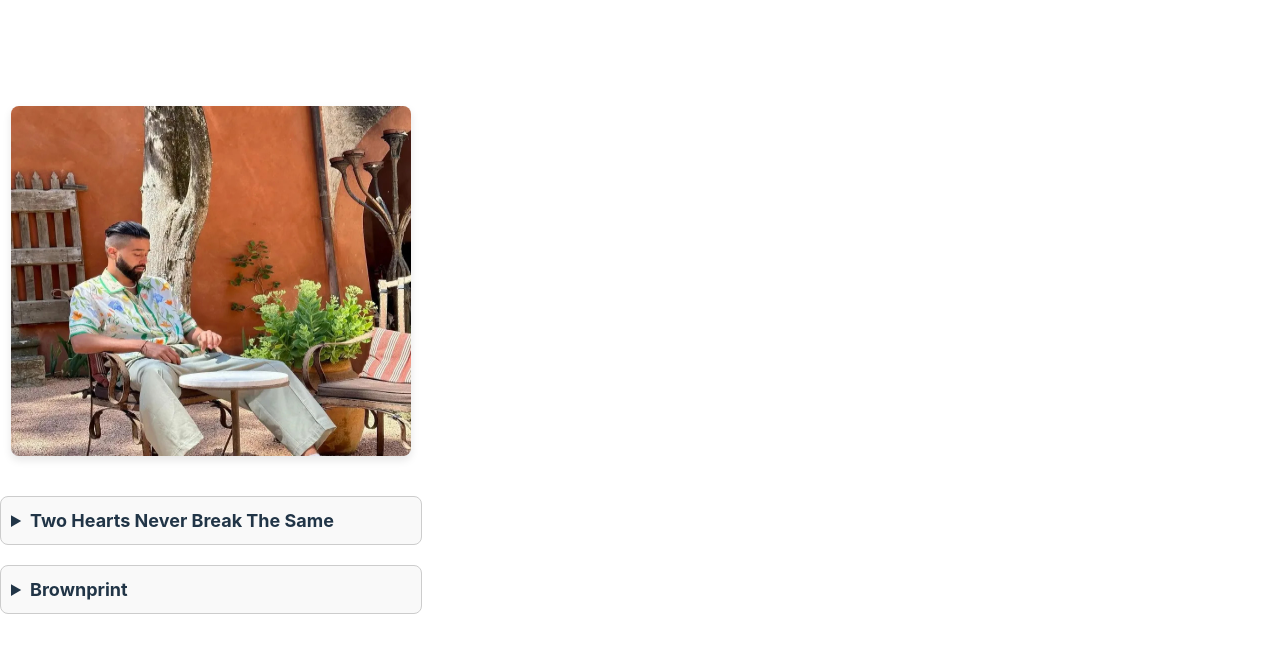
Repository: GavinPahal/my_app
Page: / (app in react/)
These files come from the project's save history. The page is drawn as it stood at one moment and after the next save; the edit follows.
The browser window is 1280 px wide. The pictures show the whole page.
The project was rebuilt for these pictures with package versions that can differ from the ones it lists, and the page was loaded fresh each time. Also part of the build but not shown: react/vite.config.js.

Above is the page before, as saved 2024-09-14 11:48:06.

After the next save:
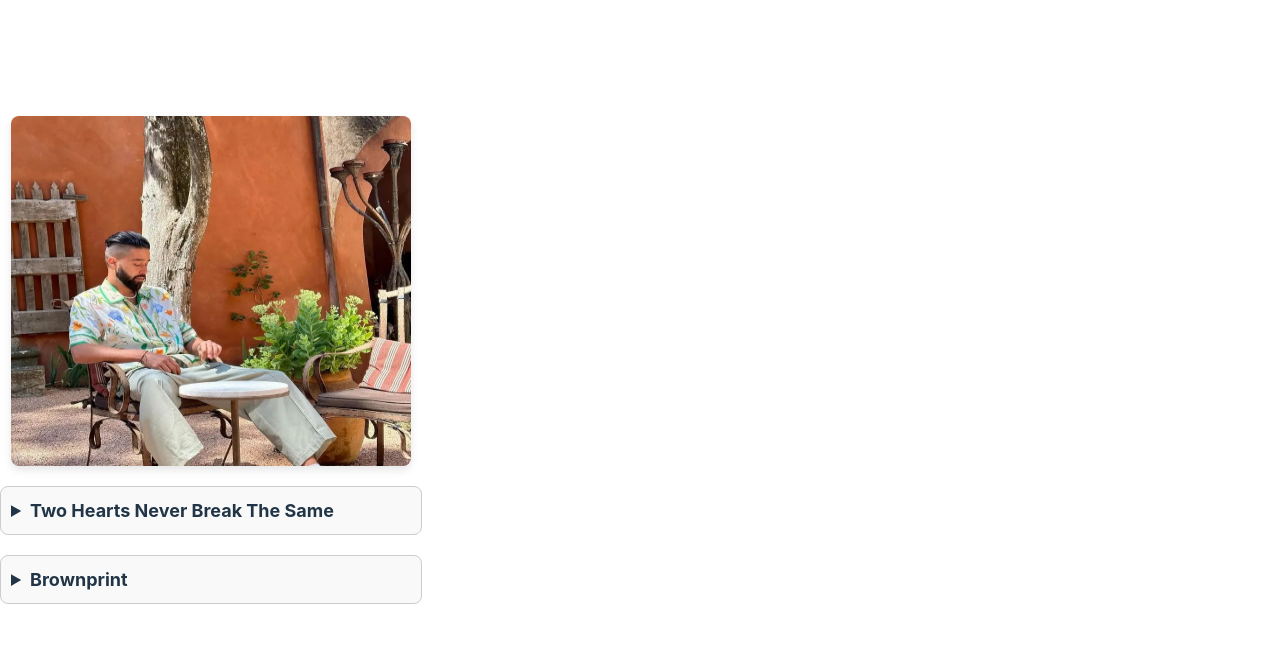
Saved 2 min 50 s later.
--- a/react/src/App.jsx
+++ b/react/src/App.jsx
@@ -6,7 +6,6 @@
   return (
     <div className="container">
       <img src={ap} alt="Vite logo" width={400} height={350}/>
-      <div className="album">
         <details name="reqs">
           <summary>Two Hearts Never Break The Same</summary>
           <ol>
@@ -32,7 +31,7 @@
           </ol>
         </details>
       </div>
-    </div>
+
   )
 }
 

After the save that followed:
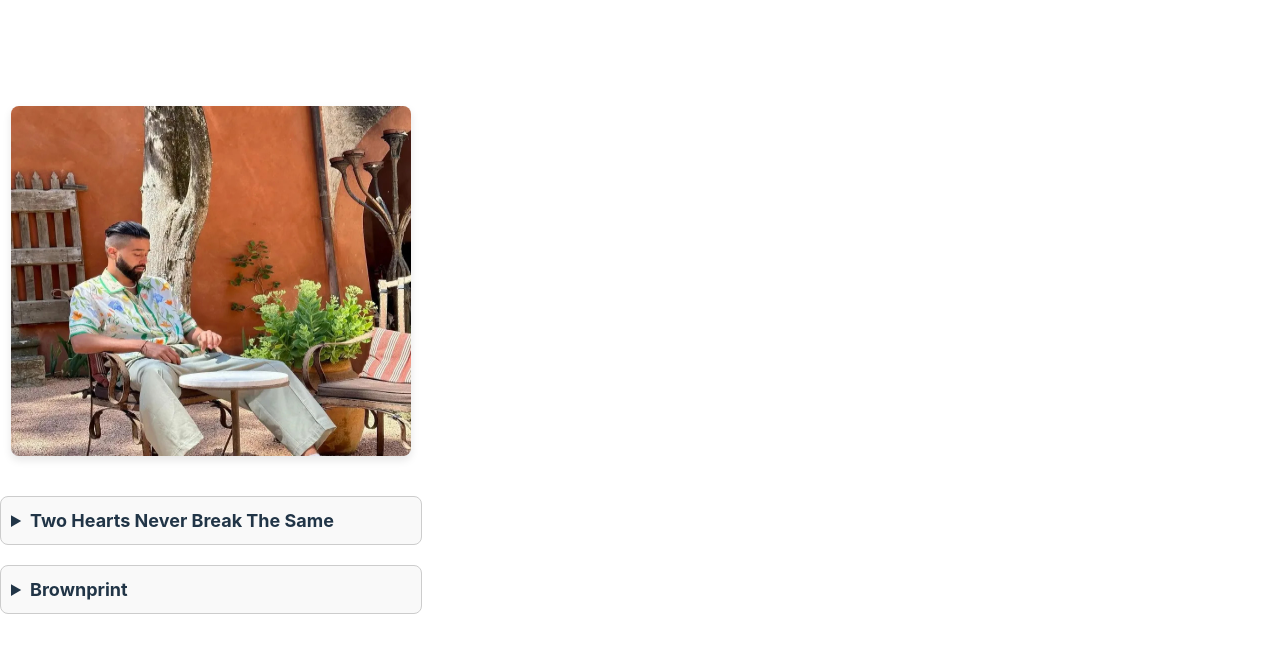
Saved 42 s later.
--- a/react/src/App.jsx
+++ b/react/src/App.jsx
@@ -6,6 +6,7 @@
   return (
     <div className="container">
       <img src={ap} alt="Vite logo" width={400} height={350}/>
+      <div className="album">
         <details name="reqs">
           <summary>Two Hearts Never Break The Same</summary>
           <ol>
@@ -31,7 +32,7 @@
           </ol>
         </details>
       </div>
-
+    </div>
   )
 }
 
